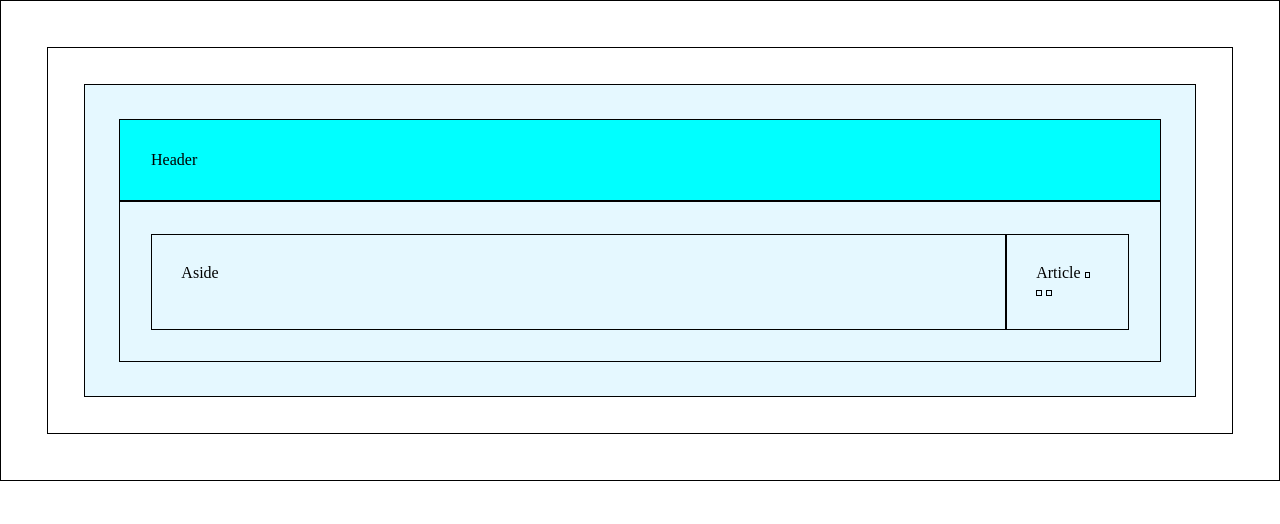
Repository: punitbathija/Placement-Assitance-iNeuron
Page: layout.html
These files come from the project's save history. The page is drawn as it stood at one moment and after the next save; the edit follows.
The browser window is 1280 px wide. The pictures show the whole page.

Above is the page before, as saved 2023-05-23 12:41:29.

### layout.html
<!DOCTYPE html>
<html lang="en">
  <head>
    <meta charset="UTF-8" />
    <meta http-equiv="X-UA-Compatible" content="IE=edge" />
    <meta name="viewport" content="width=device-width, initial-scale=1.0" />
    <title>Document</title>
    <link rel="stylesheet" href="layout.css" />
  </head>
  <body>
    <main class="blue main">
      <header class="cyan">Header</header>
      <section class="blue">
        <aside class="green">Aside</aside>
        <article class="orange">
          Article
          <img class="yellow" />
          <img class="yellow" />
          <img class="yellow" />
        </article>
      </section>
    </main>
  </body>
</html>

### layout.css
*{
    border: 1px solid black;
    padding: 3%;
}

.main{
    display: flex;
    flex-direction: column;
    background-color: rgb(229, 248, 255);
}

.cyan{
    background-color: cyan  ;
}

.blue{
    display: flex;
}

.green{
    flex: 1;
}

After the next save:
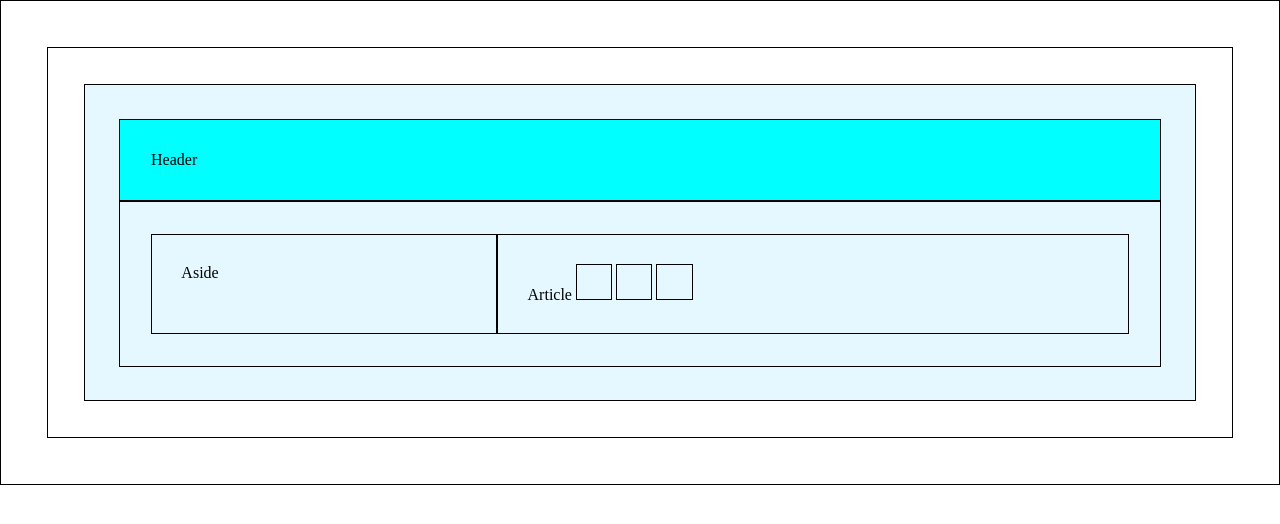
Saved 29 s later.
--- a/layout.css
+++ b/layout.css
@@ -20,3 +20,7 @@
 .green{
     flex: 1;
 }
+
+.orange{
+    flex: 2;
+}
